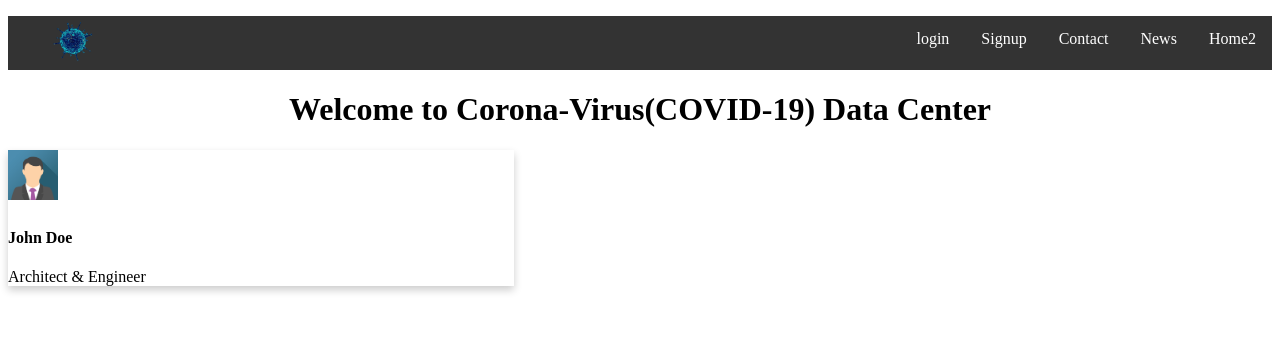
Repository: xthashankar/COVID-19-data-
Page: news.html
The author's editor kept a copy of each file at every save. The page is drawn from the files as they stood at one save, then again after the next save.
The browser window is 1280 px wide. The pictures show the whole page.
The page's requests for data from a server got no answer.

Above is the page before, as saved 2020-04-10 16:42:58.

### news.html
<!DOCTYPE html>
<html lang="en">
<head>
    <meta charset="UTF-8">
    <meta name="viewport" content="width=device-width, initial-scale=1.0">
    <link rel="stylesheet" href="css/news.css">
    <title>Document</title>
</head>
<body>
    <ul>
        <img src="image/coronavirus.png">
        <li><a class="nav" href="#">Home2

        </a></li>
        <li><a href="#">News</a></li>
        <li><a href="#">Contact</a></li>
        <li><a href="#">Signup</a></li>
        <li><a href="#">login</a></li>
    </ul>
    <h1>Welcome to Corona-Virus(COVID-19) Data Center</h1>

    <div class="card">
        <img src="image/img_avatar.png" alt="Avatar" style="width:50px;height:50px;">
        <div class="container"></div>
          <h4><b>John Doe</b></h4>
          <p>Architect & Engineer</p>
        </div>
      </div>
</body>
<script src="javascript/news.js"></script>
</html>

### css/news.css
.card {
    box-shadow: 0 4px 8px 0 rgba(0,0,0,0.2);
    transition: 0.3s;
    width: 40%;
    height: 100%;
  }

  .card:hover {
    box-shadow: 0 8px 16px 0 rgba(0,0,0,0.2);
  }

  .container {
    padding: 2px 16px;
  }


ul{
    list-style-type:none;
    overflow: hidden;
    background-color:#333;
}
li{
   float:right;
}
li a{
    display: block;
    color:white;
    text-align: center;
    padding: 14px 16px;
    text-decoration: none;
}
li a:hover{
    background-color: #111;
}
h1{
    text-align: center;
}
img{
    width:50px;
    height:50px;
}

### javascript/news.js
let car='';
fetch("https://nepalcorona.info/api/v1/news")
.then(function(response){return response.json()})
.then(function(news){
    // console.log(news)
    car=news.data;
    car.forEach(function(user){
        // let id=document.createElement('card');
        // id.innerHTML=user.source_url[0];
        // id.style.display='flex';
        // id.style.backgroundcolor='yellow';
        // id.style.color='red';
        // document.body.appendChild(id);
        // console.log('asad',user);

        let id=document.getElementsByClassName('row');
        let source=document.getElementsByName('column');
    })
})

After the next save:
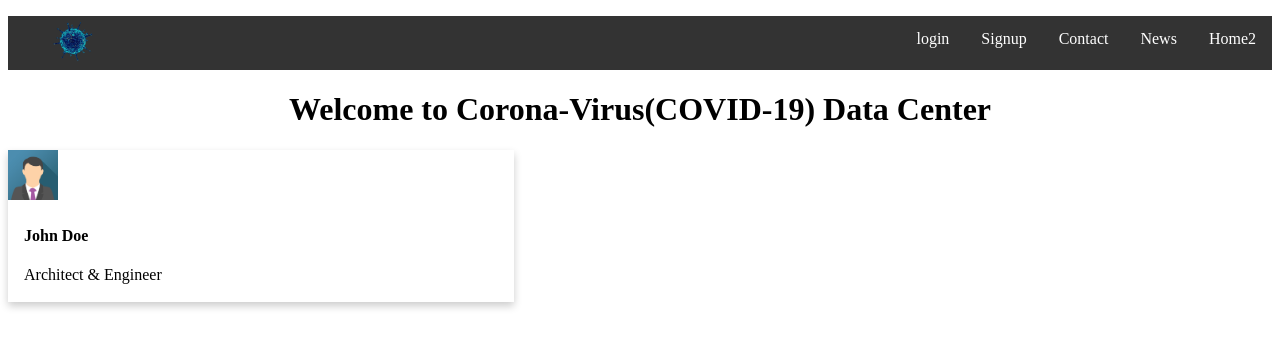
Saved 6 s later.
--- a/news.html
+++ b/news.html
@@ -21,7 +21,7 @@
 
     <div class="card">
         <img src="image/img_avatar.png" alt="Avatar" style="width:50px;height:50px;">
-        <div class="container"></div>
+        <div class="container">
           <h4><b>John Doe</b></h4>
           <p>Architect & Engineer</p>
         </div>
